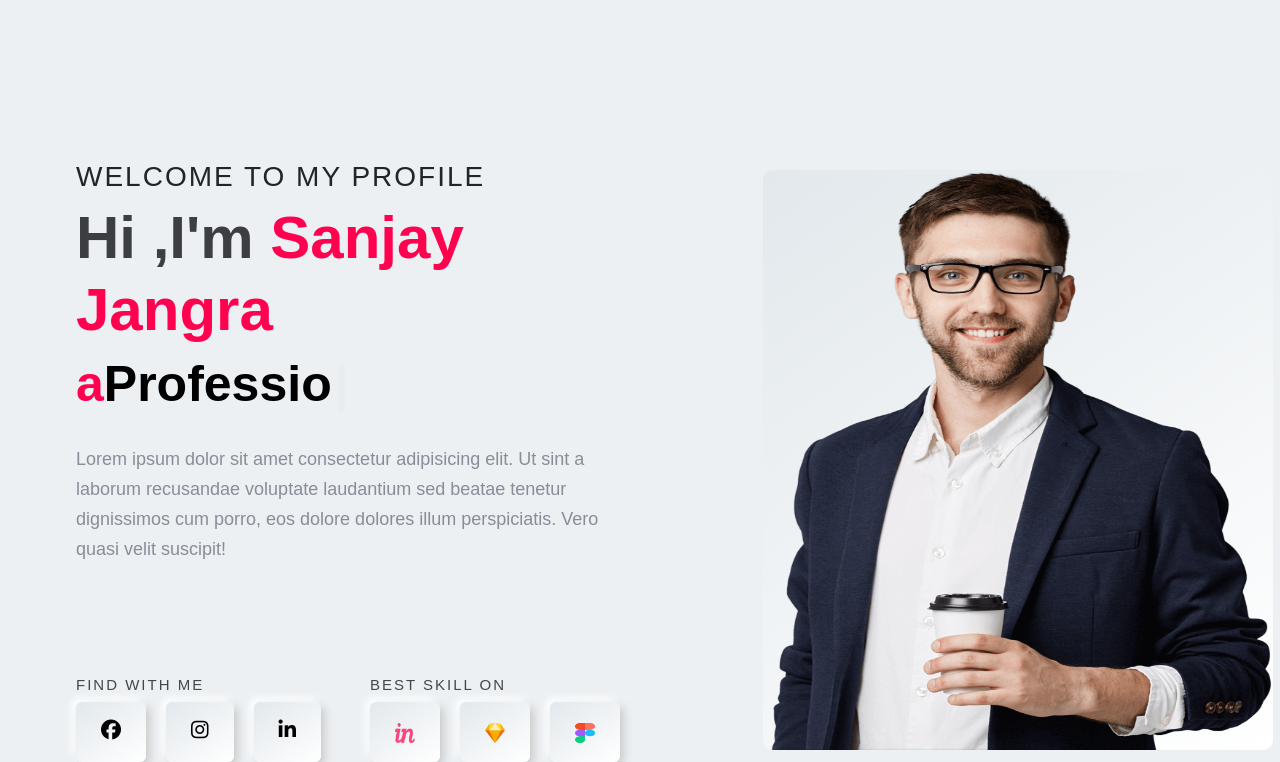
Repository: Sanjayjangra88/PortFolio
Page: /
An editor plug-in stored every save of this project. The page is shown before and after the next save, followed by the edit.
The browser window is 1280 px wide. The pictures show the whole page.
Some web libraries are served in a nearby version. The project was rebuilt for these pictures with package versions that can differ from the ones it lists, and the page was loaded fresh each time. Also part of the build but not shown: src/Components/Header/Header.jsx.

Above is the page before, as saved 2022-09-10 21:35:52.

### public/index.html
<!DOCTYPE html>
<html lang="en">
  <head>
    <meta charset="utf-8" />
    <link rel="icon" href="%PUBLIC_URL%/favicon.ico" />
    <meta name="viewport" content="width=device-width, initial-scale=1" />
    <meta name="theme-color" content="#000000" />
    <meta
      name="description"
      content="Web site created using create-react-app"
    />
    <link rel="apple-touch-icon" href="%PUBLIC_URL%/logo192.png" />
    <!--
      manifest.json provides metadata used when your web app is installed on a
      user's mobile device or desktop. See https://developers.google.com/web/fundamentals/web-app-manifest/
    -->
    <link rel="manifest" href="%PUBLIC_URL%/manifest.json" />
    <link rel="stylesheet" href="https://cdnjs.cloudflare.com/ajax/libs/font-awesome/6.1.1/css/all.min.css" integrity="sha512-KfkfwYDsLkIlwQp6LFnl8zNdLGxu9YAA1QvwINks4PhcElQSvqcyVLLD9aMhXd13uQjoXtEKNosOWaZqXgel0g==" crossorigin="anonymous" referrerpolicy="no-referrer" />

    <!--
      Notice the use of %PUBLIC_URL% in the tags above.
      It will be replaced with the URL of the `public` folder during the build.
      Only files inside the `public` folder can be referenced from the HTML.

      Unlike "/favicon.ico" or "favicon.ico", "%PUBLIC_URL%/favicon.ico" will
      work correctly both with client-side routing and a non-root public URL.
      Learn how to configure a non-root public URL by running `npm run build`.
    -->

    <link rel="manifest" href="%PUBLIC_URL%/manifest.json" />
    <link href="https://cdn.jsdelivr.net/npm/bootstrap@5.0.2/dist/css/bootstrap.min.css" rel="stylesheet" integrity="sha384-EVSTQN3/azprG1Anm3QDgpJLIm9Nao0Yz1ztcQTwFspd3yD65VohhpuuCOmLASjC" crossorigin="anonymous">
    <title>React App</title>
  </head>
  <body>
    <noscript>You need to enable JavaScript to run this app.</noscript>
    <div id="root"></div>
    <script src="https://kit.fontawesome.com/7578c5a215.js" crossorigin="anonymous"></script>
    <!--
      This HTML file is a template.
      If you open it directly in the browser, you will see an empty page.

      You can add webfonts, meta tags, or analytics to this file.
      The build step will place the bundled scripts into the <body> tag.

      To begin the development, run `npm start` or `yarn start`.
      To create a production bundle, use `npm run build` or `yarn build`.
    -->

    <script src="https://cdn.jsdelivr.net/npm/@popperjs/core@2.9.2/dist/umd/popper.min.js" integrity="sha384-IQsoLXl5PILFhosVNubq5LC7Qb9DXgDA9i+tQ8Zj3iwWAwPtgFTxbJ8NT4GN1R8p" crossorigin="anonymous"></script>
<script src="https://cdn.jsdelivr.net/npm/bootstrap@5.0.2/dist/js/bootstrap.min.js" integrity="sha384-cVKIPhGWiC2Al4u+LWgxfKTRIcfu0JTxR+EQDz/bgldoEyl4H0zUF0QKbrJ0EcQF" crossorigin="anonymous"></script>
  </body>
</html>

### src/App.js
import React from 'react'
import Header from './Components/Header/Header';
import "./App.css"
import Home from './Components/Home/Home';
const App = () => {
  return (
    <>
      {/* <Header/> */}
      <Home/>
    </>
  )
}

export default App

### src/App.css
@import url('https://fonts.googleapis.com/css2?family=Dancing+Script&family=EB+Garamond:ital,wght@1,500&family=Roboto+Slab:wght@300&display=swap');
* {
  padding: 0;
  margin: 0;
  box-sizing: border-box;
}
html {
  scroll-behavior: smooth;
}
body {
  font-family: "Poppins", sans-serif;
  background-color: #ecf0f3;
}
.container {
  max-width: 95%;
  margin: auto;
}
.d_flex {
  display: flex;
  justify-content: space-between;
}
.f_flex {
  display: flex;
}
a {
  text-decoration: none;
  color: black;
}
li {
  list-style: none;
}
.uppercase {
  text-transform: uppercase;
}
.capitalize {
  text-transform: capitalize;
}

button {
  border: none;
  outline: none;
  background-color: none;
}

.btn_shadow {
  padding: 18px 25px;
  border-radius: 6px;
  transition: 0.3s all ease;
  cursor: pointer;
  color: #000;
  transition: 0.5s;
}
.btn_shadow {
  background: linear-gradient(145deg, #e2e8ec, #ffffff);
  box-shadow: 4px 4px 8px #cbcbcb, -4px -4px 8px #ffffff;
}
.btn_shadow:hover {
  background: #ff014f;
  color: white;
  transform: translateY(-10px);
}
.box_shodow {
  background: linear-gradient(145deg, #e2e8ec, #ffffff);
  box-shadow: 4px 4px 8px #cbcbcb, -4px -4px 8px #ffffff;
  border-radius: 10px;
}
.row,
.left,
.right {
  width: 50%;
}
.top {
  margin-top: 80px;
}
.mtop {
  margin-top: 40px;
}
.heading {
  margin: 50px 0 50px 0;
}
.heading h4 {
  color: #ff014f;
  letter-spacing: 2px;
  font-weight: 400;
}
.heading h1 {
  font-size: 60px;
  color: #3c3e41;
}
h1 {
  color: #3c3e41;
}
.grid {
  display: grid;
  grid-template-columns: repeat(3, 1fr);
  grid-gap: 35px;
}
p {
  color: #3c3e41;
}
.text-center {
  text-align: center;
}
.primary_color {
  color: #ff014f;
}
textarea,
input {
  width: 100%;
  padding: 20px;
  border-radius: 5px;
  outline: none;
  border: 3px solid #e2e8ec;
  margin-bottom: 20px;
}
/*----------Footer---------*/
footer {
  margin: 20% 0 10% 0;
}
footer p {
  margin-top: 30px;
}
/*----------Footer---------*/
@media (max-width: 768px) {
  .grid {
    grid-template-columns: repeat(2, 1fr);
  }
  .left,
  .right {
    width: 100%;
  }
  }

### src/Components/Home/Home.jsx
import React from 'react'
import './home.css'
import hero from '../Pic/hero.png'
import skill1 from '../Pic/skill1.png'
import skill2 from '../Pic/skill2.png'
import skill3 from '../Pic/skill3.png'

import { Typewriter} from 'react-simple-typewriter'

const Home = () => {
  return (
    <>
      <section className='hero'id='home'>
        <div className="container f_flex top">
            <div className="left top">
                <h3>WELCOME TO MY PROFILE</h3>
                <h1>
                    Hi ,I'm <span>Sanjay Jangra
                        </span></h1>
                <h2>
                    a
                    <span>
                    <Typewriter
            words={['Web Developer', 'Professional Coder.']}
            loop
            cursor
            cursorStyle='|'
            typeSpeed={70}
            deleteSpeed={50}
            delaySpeed={1000}
            // onLoopDone={handleDone}
            // onType={handleType}
            />
                        </span></h2>
                        <p>
Lorem ipsum dolor sit amet consectetur adipisicing elit. Ut sint a laborum recusandae voluptate laudantium sed beatae tenetur dignissimos cum porro, eos dolore dolores illum perspiciatis. Vero quasi velit suscipit!
                        </p>
                        <div className='hero_btn d_flex'>
                            <div className="col_1">
                                <h4>FIND WITH ME</h4>
                                <div className="button">
                                    <button className='btn_shadow'>
                                        <i className='fab fa-facebook'></i>
                                    </button>
                                    <button className='btn_shadow'>
                                        <i className='fab fa-instagram'></i>
                                    </button>
                                    <button className='btn_shadow'>
                                        <i className='fab fa-linkedin-in'></i>
                                    </button>
                                </div>
                            </div>
                            <div className="col_1">
                                <h4>BEST SKILL ON</h4>
                                <button className='btn_shadow'>
                                        <img src={skill1}alt=''/>
                                    </button>
                                <button className='btn_shadow'>
                                        <img src={skill2}alt=''/>
                                    </button>
                                <button className='btn_shadow'>
                                        <img src={skill3}alt=''/>
                                    </button>
                            </div>
                        </div>
            </div>
            <div className="right">
                <div className="right_img">
                    <img src={hero}alt=''/>
                </div>
            </div>
        </div>
      </section>
    </>
  )
}

export default Home

### src/Components/Header/header.css

*,
*::after,
*::before{
    box-sizing: border-box;
    padding: 0;
    margin: 0;
}

.html{
    font-size: 62.5%;
}

.navbar input[type="checkbox"],
.navbar .hamburger-lines{
    display: none;
}

.container{
    max-width: 1200px;
    width: 90%;
    margin: auto;
}

.navbar{
    box-shadow: 0px 5px 10px 0px #aaa;
    position: fixed;
    width: 100%;
    background: #FAA7B8;
    color: #000;
    opacity: 0.85;
    z-index: 100;
}

.navbar-container{
    display: flex;
    justify-content: space-between;
    height: 64px;
    align-items: center;
}

.menu-items{
    margin-top: 15px;
    order: 2;
    display: flex;
}
.logo{
    order: 1;
    font-size: 2.3rem;
    margin-bottom: 5px;
}

.menu-items li{
    list-style: none;
    margin-left: 1.5rem;
    font-size: 1.3rem;
}

.navbar a{
    color: #444;
    text-decoration: none;
    font-weight: 500;
    transition: color 0.3s ease-in-out;
}

.navbar a:hover{
    color: #117964;
}
.home-btn:hover {
  background: #ff014f;
  color: white;
}


.home-btn {
  padding: 18px 25px;
  height: 1vh;
  line-height: 1vh;
  font-size: 13px;
  border-radius: 6px;
  transition: 0.3s all ease;
  cursor: pointer;
  height: fit-content;
  color: #ff014f;

}
.home-btn {
  background: linear-gradient(145deg, #e2e8ec, #ffffff);
  box-shadow: 4px 4px 8px #cbcbcb, -4px -4px 8px #ffffff;
}
navbar {
  transition: 0.5s;
  font-size: 13px;
  font-weight: 500;
  letter-spacing: 2px;
}





@media (max-width: 900px){
    .navbar{
        opacity: 0.95;
    }

    .navbar-container input[type="checkbox"],
    .navbar-container .hamburger-lines{
        display: block;
    }

    .navbar-container{
        display: block;
        position: relative;
        height: 64px;
    }

    .navbar-container input[type="checkbox"]{
        position: absolute;
        display: block;
        height: 32px;
        width: 30px;
        top: 20px;
        left: 20px;
        z-index: 5;
        opacity: 0;
        cursor: pointer;
    }

    .navbar-container .hamburger-lines{
        display: block;
        height: 28px;
        width: 35px;
        position: absolute;
        top: 20px;
        left: 20px;
        z-index: 2;
        display: flex;
        flex-direction: column;
        justify-content: space-between;
    }

    .navbar-container .hamburger-lines .line{
        display: block;
        height: 4px;
        width: 100%;
        border-radius: 10px;
        background: #333;
    }

    .navbar-container .hamburger-lines .line1{
        transform-origin: 0% 0%;
        transition: transform 0.3s ease-in-out;
    }

    .navbar-container .hamburger-lines .line2{
        transition: transform 0.2s ease-in-out;
    }

    .navbar-container .hamburger-lines .line3{
        transform-origin: 0% 100%;
        transition: transform 0.3s ease-in-out;
    }

    .navbar .menu-items{
        padding-top: 100px;
        background: #fff;
        height: 100vh;
        max-width: 300px;
        transform: translate(-150%);
        display: flex;
        flex-direction: column;
        margin-left: -40px;
        padding-left: 40px;
        transition: transform 0.5s ease-in-out;
        box-shadow:  5px 0px 10px 0px #aaa;
        overflow: scroll;
    }

    .navbar .menu-items li{
        margin-bottom: 1.8rem;
        font-size: 1.1rem;
        font-weight: 500;
    }

    .logo{
        position: absolute;
        top: 10px;
        right: 15px;
        font-size: 2.5rem;

    }

    .navbar-container input[type="checkbox"]:checked ~ .menu-items{
        transform: translateX(0);
    }

    .navbar-container input[type="checkbox"]:checked ~ .hamburger-lines .line1{
        transform: rotate(45deg);
    }

    .navbar-container input[type="checkbox"]:checked ~ .hamburger-lines .line2{
        transform: scaleY(0);
    }

    .navbar-container input[type="checkbox"]:checked ~ .hamburger-lines .line3{
        transform: rotate(-45deg);
    }
    .home-btn:hover {
      background: #ff014f;
      color: white;

    }


    .home-btn {
      padding: 18px 25px;
      height: 1vh;
      line-height: 1vh;
      font-size: 13px;
      border-radius: 6px;
      transition: 0.3s all ease;
      cursor: pointer;
      height: fit-content;
      color: #ff014f;
      margin-right: 25px;

    }
    .home-btn {
      background: linear-gradient(145deg, #e2e8ec, #ffffff);
      box-shadow: 4px 4px 8px #cbcbcb, -4px -4px 8px #ffffff;
    }

}

@media (max-width: 500px){
    .navbar-container input[type="checkbox"]:checked ~ .logo{
        display: none;
    }
}
.demo{
  height: 300vh;
}

### src/Components/Home/home.css
.hero{
    position: relative;

}
.hero h3{
    font-weight: 100;
    letter-spacing: 2px;
}
.hero h1{
    font-size: 60px;
    font-weight: bold;
}
.hero h1 span{
    color: #ff014f;
}
.hero h2{
    font-size: 50px;
    font-weight: bold;
    color: #ff014f;
}
.hero h2 span{
    color: black;
}
.hero p{
    color:#878e99;
    font-size: 18px;
    line-height: 30px;
    margin-top: 30px;
}
.hero_btn{
    margin-top: 20%;
}
/* .hero_btn{
    <element class="hero_btn">
    Selector Specificity:(0,1,0)
} */

.hero_btn h4{
    font-weight: 500;
    letter-spacing: 2px;
    color: #43474b;
    font-size: 15px;
    margin: 30pz 0 30px 0;

}
.hero_btn button{
    margin-right: 20px;
}
.hero_btn i{
    font-size: 20px;
}
.hero_btn button img{
    width: 20px;
    height: 20px;
   }
   .hero .left{
    margin-right: 10px;
   }
.hero .right{
    width: 40%;
    position: relative;
    }
.hero .right img{
    background: linear-gradient(145deg ,#e2e8ec , #ffffff);
    box-shadow: 4px 4px 8px #cbcbcb .4ox -4px 8px #ffffff;
    border-radius: 10px;
    height: 580px;
    width: 510px;
    margin-top: 20%;
    margin-left: 25%;

}
/* .hero .right_img img{
    position: absolute;
    top: 0;
    right: 10%;
    width: 510px;

} */

Loaded but not shown: src/index.js (common file); src/index.css (common file); src/reportWebVitals.js (common file)

After the next save:
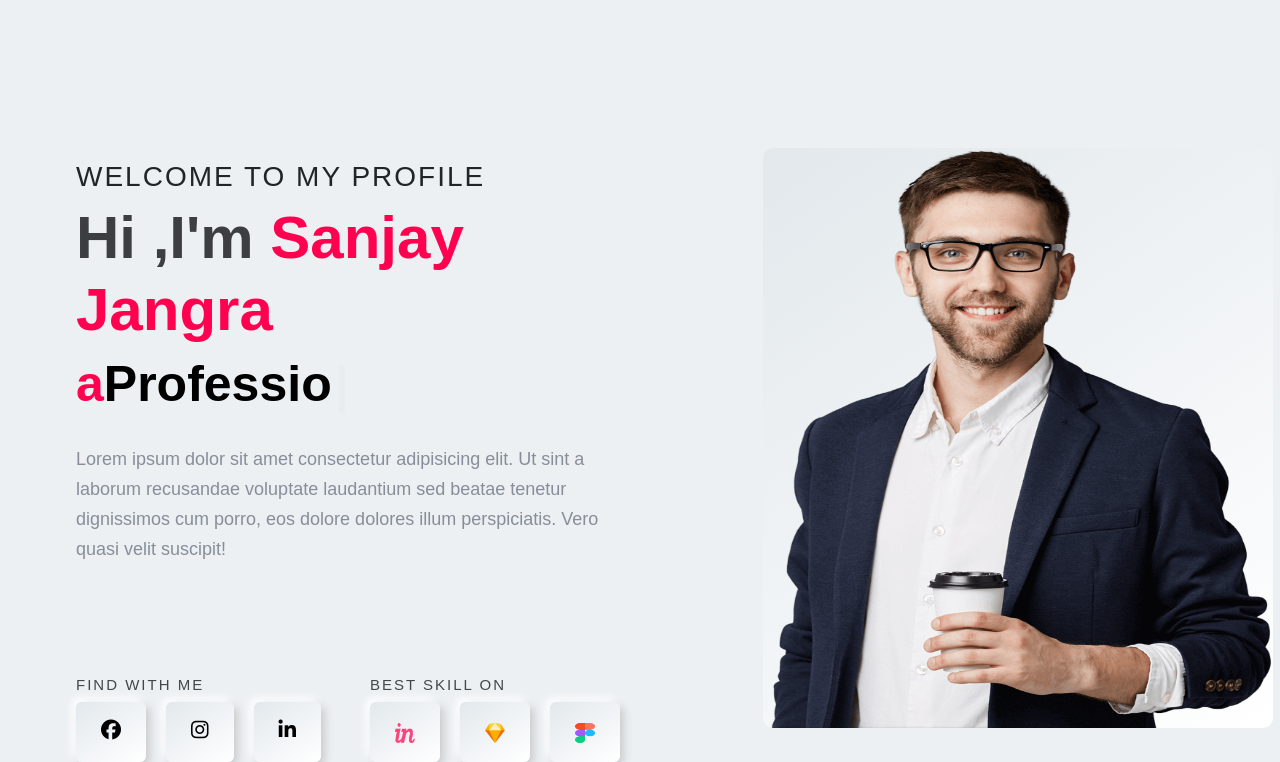
Saved 23 s later.
--- a/src/Components/Home/home.css
+++ b/src/Components/Home/home.css
@@ -66,7 +66,7 @@
     border-radius: 10px;
     height: 580px;
     width: 510px;
-    margin-top: 20%;
+    margin-top: 15%;
     margin-left: 25%;
 
 }
